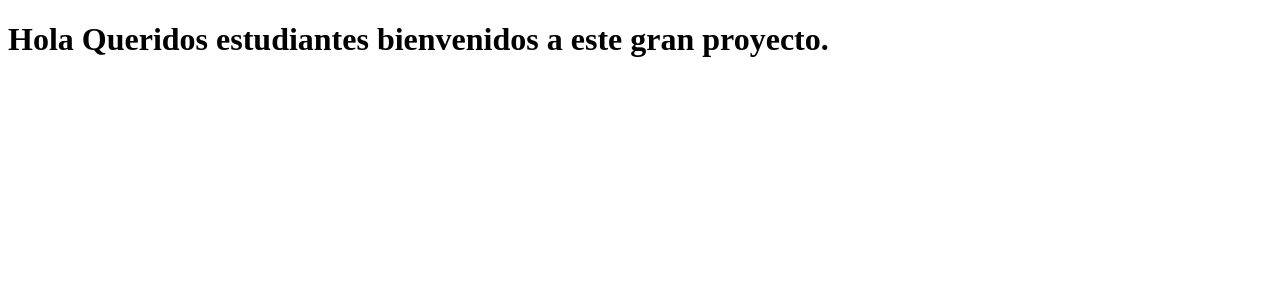
Repository: limagalo/MyWeb
Page: web1.html
These files come from the project's save history. The page is drawn as it stood at one moment and after the next save; the edit follows.
The browser window is 1280 px wide. The pictures show the whole page.

Above is the page before, as saved 2024-01-11 03:03:44.

After the next save:
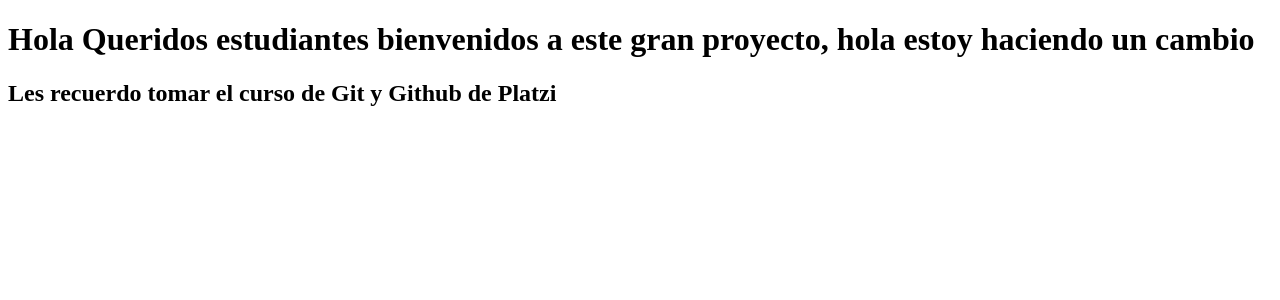
Saved 24 h 3 min later.
--- a/web1.html
+++ b/web1.html
@@ -6,8 +6,11 @@
     <body>
         <div>
             <h1>
-                Hola Queridos estudiantes bienvenidos a este gran proyecto.
+                Hola Queridos estudiantes bienvenidos a este gran proyecto, hola estoy haciendo un cambio
             </h1>
+            <h2>
+                Les recuerdo tomar el curso de Git y Github de Platzi
+            </h2>
         </div>
     </body>
 </html>
